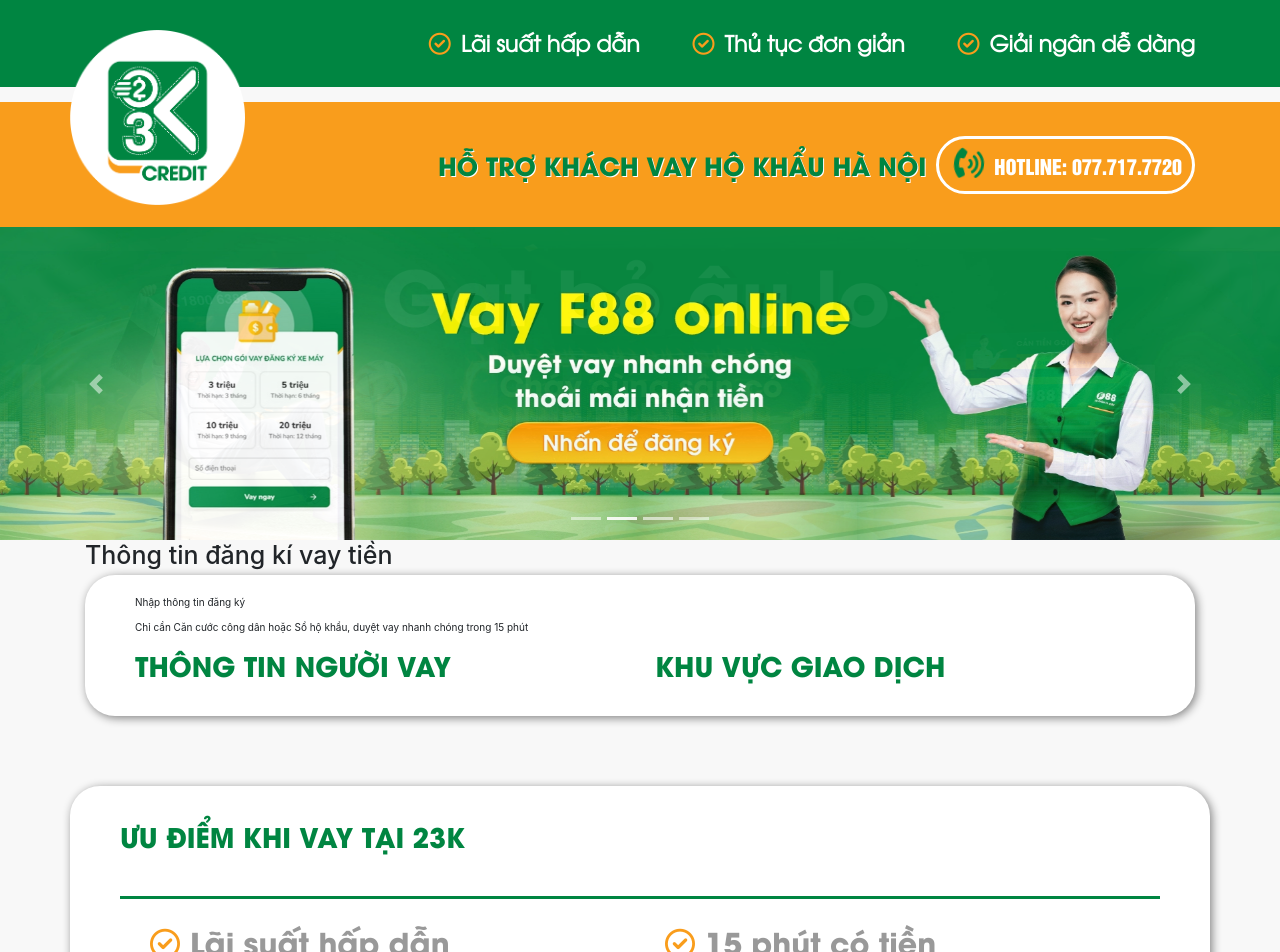
Repository: anhtu2110/23k.vn
Page: theme/index.html
These files come from the project's save history. The page is drawn as it stood at one moment and after the next save; the edit follows.
The browser window is 1280 px wide. The pictures show the part of the page from y = 0 to 952 px (the page is 2120 px tall before and 2125 px after).
A picture or video elsewhere on the page could not be fetched, so the positions and the page height are approximate.

Above is the page before, as saved 2022-12-29 23:16:24.

After the next save:
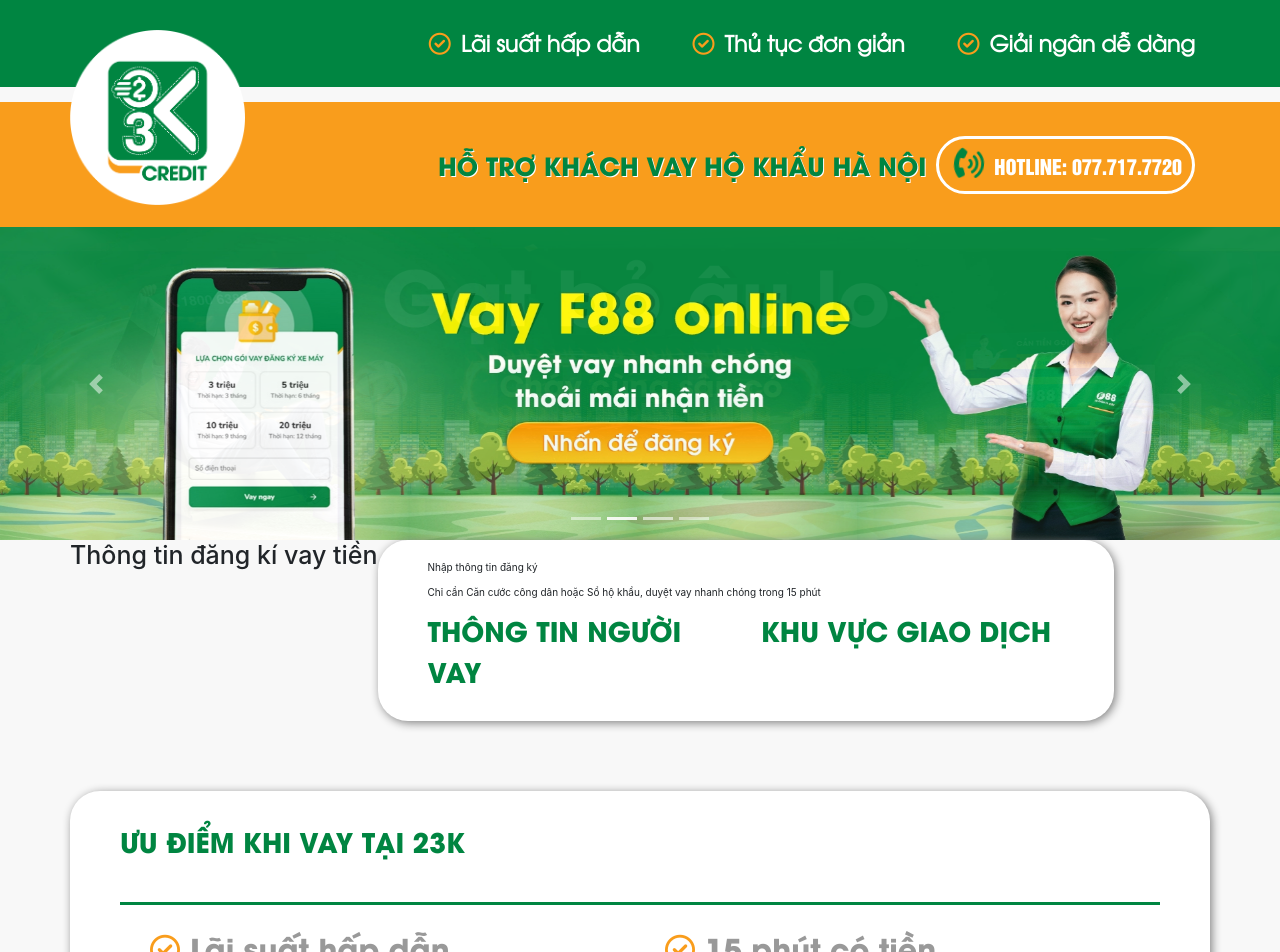
Saved 57 s later.
--- a/theme/index.html
+++ b/theme/index.html
@@ -99,24 +99,27 @@
             <!-- END HOME-BANNER  -->
             <div id="wp-info-reg">
                 <div class="container">
-                    <h1>Thông tin đăng kí vay tiền</h1>
-                    <div id="wp-form-reg" class="box">
-                        <div class="form-reg-title">
-                            <p>Nhập thông tin đăng ký</p>
-                            <p class="condition-reg">Chỉ cần Căn cước công dân hoặc Sổ hộ khẩu, duyệt vay nhanh chóng
-                                trong <span>15 phút</span></p>
-                        </div>
-                        <div class="form-reg-content">
-                            <form action="" method="post">
-                                <div class="row">
-                                    <div id="info-customer" class="col-md-6">
-                                        <p class="title">Thông tin người vay</p>
+                    <div class="row">
+                        <h1>Thông tin đăng kí vay tiền</h1>
+                        <div id="wp-form-reg" class="box">
+                            <div class="form-reg-title">
+                                <p>Nhập thông tin đăng ký</p>
+                                <p class="condition-reg">Chỉ cần Căn cước công dân hoặc Sổ hộ khẩu, duyệt vay nhanh
+                                    chóng
+                                    trong <span>15 phút</span></p>
+                            </div>
+                            <div class="form-reg-content">
+                                <form action="" method="post">
+                                    <div class="row">
+                                        <div id="info-customer" class="col-md-6">
+                                            <p class="title">Thông tin người vay</p>
+                                        </div>
+                                        <div id="trading-ara" class="col-md-6">
+                                            <p class="title">Khu vực giao dịch</p>
+                                        </div>
                                     </div>
-                                    <div id="trading-ara" class="col-md-6">
-                                        <p class="title">Khu vực giao dịch</p>
-                                    </div>
-                                </div>
-                            </form>
+                                </form>
+                            </div>
                         </div>
                     </div>
                 </div>
